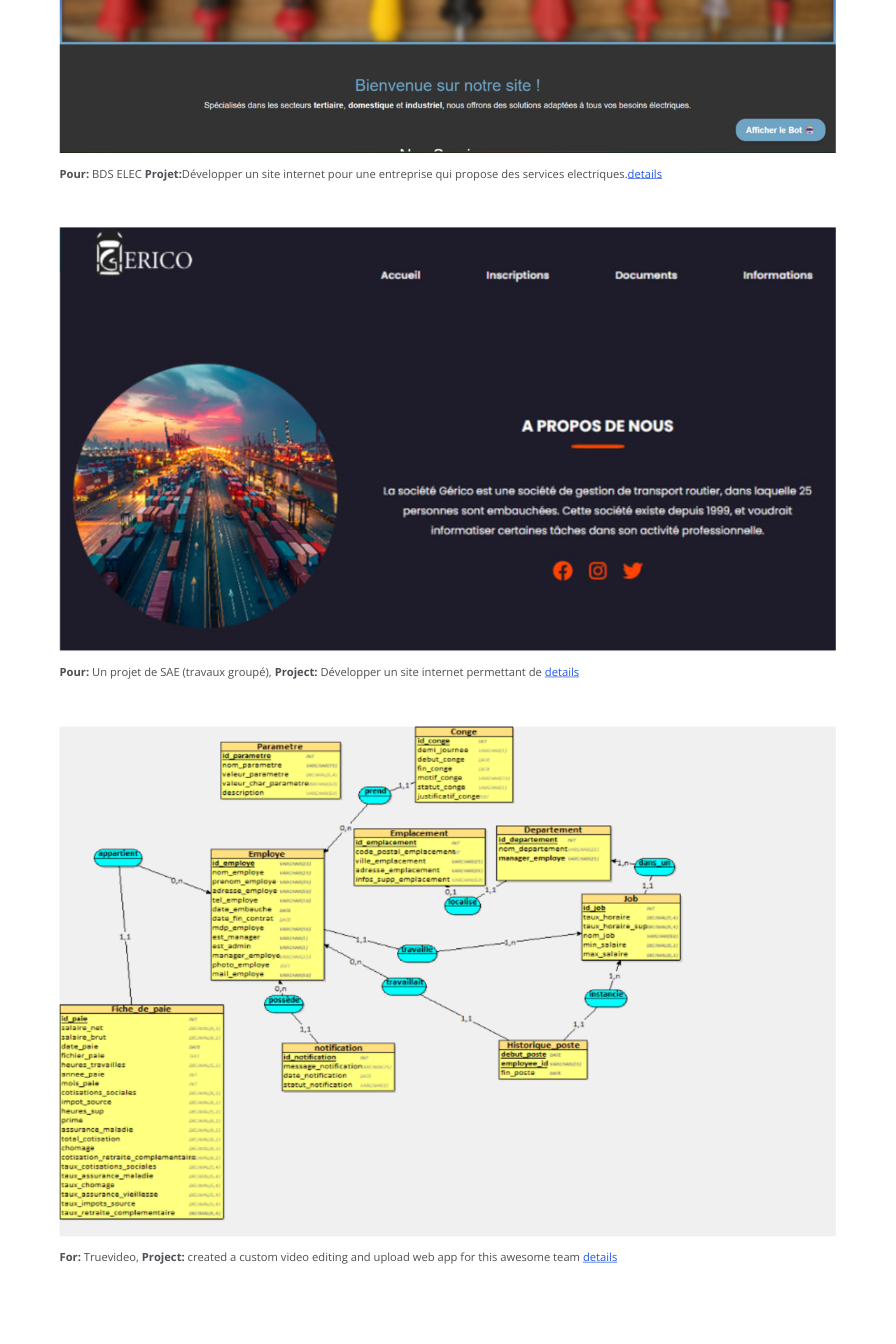
Repository: J2S80000/Portfolio
Page: index.html
The author's editor kept a copy of each file at every save. The page is drawn from the files as they stood at one save, then again after the next save.
The browser window is 1280 px wide. The pictures show the part of the page from y = 3722 to 5642 px (the page is 7451 px tall), at 70% of full size.

Above is the page before, as saved 2025-05-05 17:37:29.

After the next save:
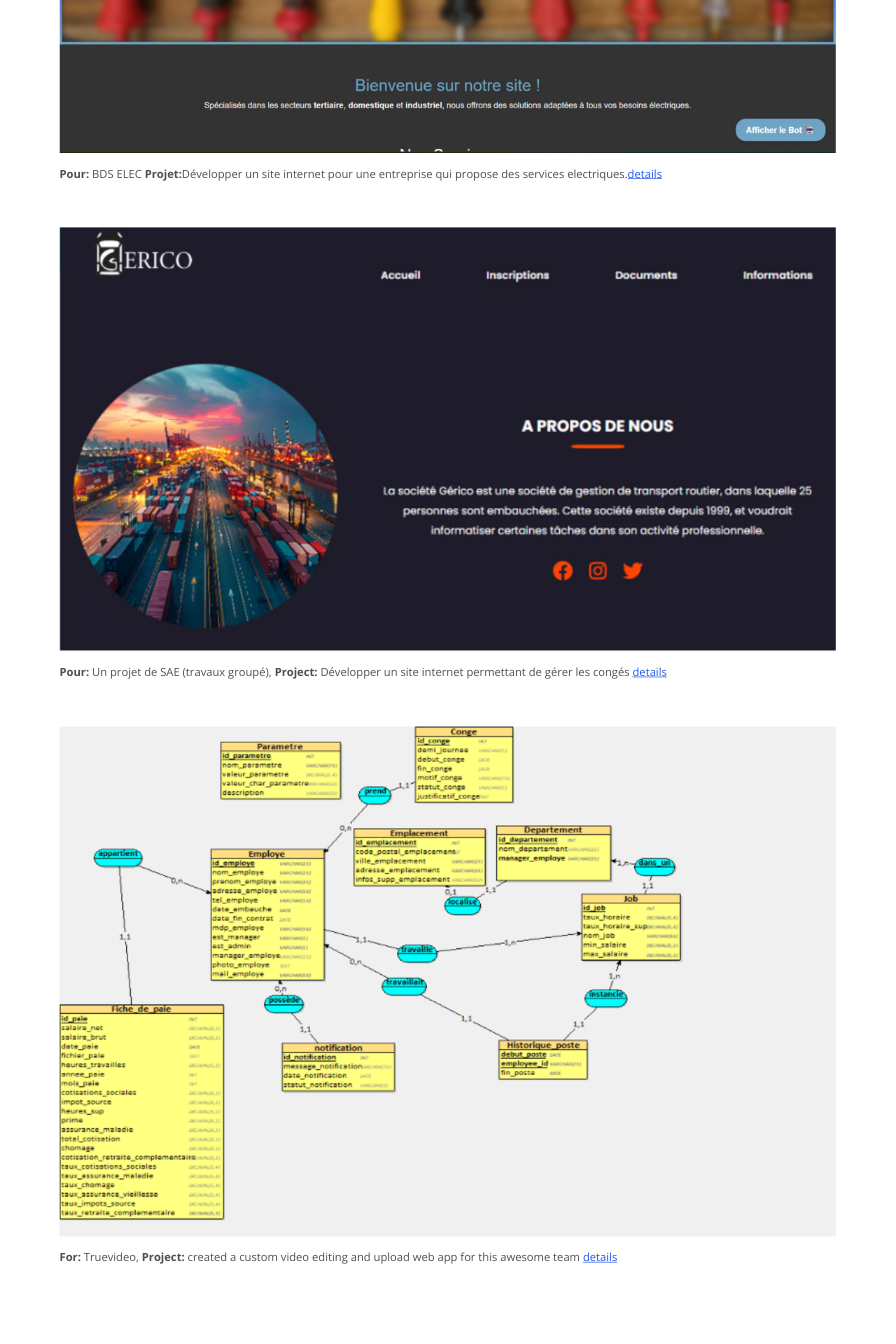
Saved 18 s later.
--- a/index.html
+++ b/index.html
@@ -244,7 +244,7 @@
                                 <img class="img-fluid" src="images/project-2.1.jpg" alt="alternative">
                             </a>
                         </div> <!-- end of image-container -->
-                        <p><strong>Pour:</strong> Un projet de SAE (travaux groupé), <strong>Project:</strong> Développer un site internet permettant de  <a class="blue" href="project.html">details</a></p>
+                        <p><strong>Pour:</strong> Un projet de SAE (travaux groupé), <strong>Project:</strong> Développer un site internet permettant de gérer les congés  <a class="blue" href="project.html">details</a></p>
                     </div> <!-- end of text-container -->
                     <div class="text-container">
                         <div class="image-container">
